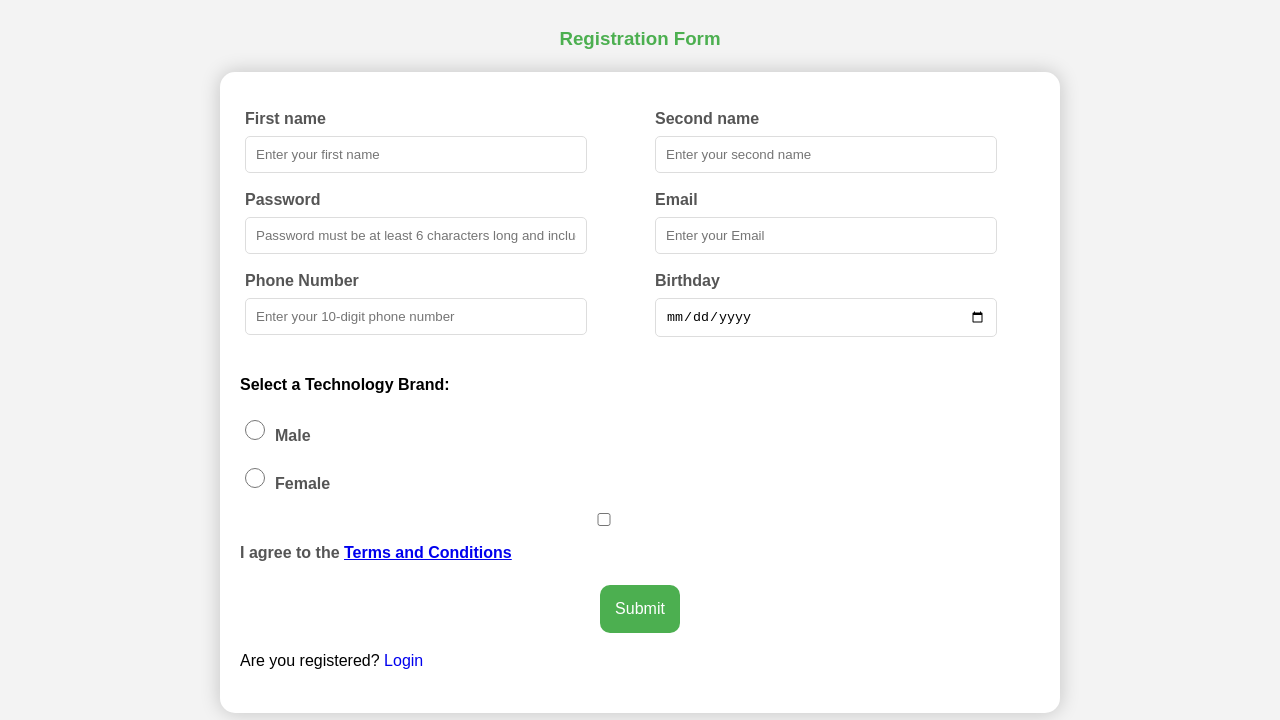
Repository: alizey12/Regestratin-Form-js
Page: regester.html
An editor plug-in stored every save of this project. The page is shown before and after a run of saves, followed by the edit.
The browser window is 1280 px wide. The pictures show the whole page.

Above is the page before, as saved 2024-11-29 20:36:38.

### regester.html
<!DOCTYPE html>
<html lang="en">
<head>
    <meta charset="UTF-8">
    <meta name="viewport" content="width=device-width, initial-scale=1.0">
    <link rel="stylesheet" href="regester.css">
    <title>Registration Form</title>
</head>
<body>
    <h3>Registration Form</h3>
    <div class="main">
        <form id="signupForm" action="">
            <div class="grid-container">
                <div>
                    <label for="username">First name</label>
                    <input type="text" id="username" name="username"
                           placeholder="Enter your first name"
                           required pattern="^[a-zA-Z0-9_]{3,15}$"
                           title="Username must be 3-15 characters long and can only contain letters, numbers, and underscores.">

                    <label for="password">Password</label>
                    <input type="password" id="password" name="password"
                           placeholder="Password must be at least 6 characters long and include one letter and one number."
                           required pattern="^(?=.*[A-Za-z])(?=.*\d)[A-Za-z\d]{6,}$"
                           title="Password must be at least 6 characters long and include one letter and one number.">

                    <label for="quantity">Phone Number</label>
                    <input type="text" id="quantity" name="quantity"
                           placeholder="Enter your 10-digit phone number"
                           required pattern="^\d{10}$"
                           title="Enter a valid 10-digit phone number.">
                </div>
                <div>
                    <label for="username">Second name</label>
                    <input type="text" id="username" name="username"
                           placeholder="Enter your second name"
                           required pattern="^[a-zA-Z0-9_]{3,15}$"
                           title="Username must be 3-15 characters long and can only contain letters, numbers, and underscores.">

                    <label for="email">Email</label>
                    <input type="email" id="email" name="email"
                           placeholder="Enter your Email"
                           required pattern="^[a-zA-Z0-9._%+-]+@[a-zA-Z0-9.-]+\.[a-zA-Z]{2,}$">

                    <label for="birthday">Birthday</label>
                    <input type="date" id="birthday" name="birthday" required>
                </div>
            </div>

            <p><b>Select a Technology Brand:</b></p>
            <div class="gen-rad">
                <label>
                    <input type="radio" id="Netflix" name="brand" value="Netflix">
                    Male
                </label>
                <label>
                    <input type="radio" id="Audi" name="brand" value="Audi">
                    Female
                </label>

            </div>

            <!-- <h3 class="heading">Your favourite language</h3>
            <label class="container">
                HTML
                <input type="checkbox" name="language" value="HTML">
            </label>
            <label class="container">
                CSS
                <input type="checkbox" name="language" value="CSS">
            </label>
            <label class="container">
                JavaScript
                <input type="checkbox" name="language" value="JavaScript">
            </label>
            <label class="container">
                React
                <input type="checkbox" name="language" value="React">
            </label> -->

            <div class="agree-term">
                <input type="checkbox" id="agree" name="agree" required />
                <label for="agree"
                  >I agree to the <a href="#">Terms and Conditions</a></label
                >
              </div>
            <div class="wrap">
                <button type="submit">Submit</button>
            </div>
        </form>
        <p>Are you registered?
            <a href="signin.html" style="text-decoration: none;">Login</a>
        </p>
    </div>
    <script src="Regester.js"></script>
</body>
</html>

### regester.css
body {
    display: flex;
    align-items: center;
    justify-content: center;
    font-family: sans-serif;
    line-height: 1.5;
    min-height: 100vh;
    background: #f3f3f3;
    flex-direction: column;
    margin: 0;
}

.main {
    background-color: #fff;
    border-radius: 15px;
    box-shadow: 0 0 20px rgba(0, 0, 0, 0.2);
    padding: 20px;
    transition: transform 0.2s;
    width: 800px;
}

h3 {
    color: #4CAF50;
    text-align: center;
}

label {
    display: block;
    margin-top: 10px;
    margin-bottom: 5px;
    text-align: left;
    color: #555;
    font-weight: bold;
}

input {
    display: block;
    width: 90%;
    margin-bottom: 15px;
    padding: 10px;
    box-sizing: border-box;
    border: 1px solid #ddd;
    border-radius: 5px;
}

button {
    padding: 15px;
    border-radius: 10px;
    margin-top: 15px;
    border: none;
    color: white;
    cursor: pointer;
    background-color: #4CAF50;
    font-size: 16px;
}

.wrap {
    display: flex;
    justify-content: center;
    align-items: center;
}

/* Grid container for organizing the form layout */
.grid-container {
    display: grid;
    grid-template-columns: 1fr 1fr;
    gap: 20px;
}

.grid-container div {
    padding: 5px;
}

/* Styling for the checkboxes and labels */
.container {
    display: flex;
    align-items: center; /* Center checkbox and label vertically */
    margin-bottom: 10px;
    font-size: 16px;
    cursor: pointer;
}

/* Styling for checkboxes */
.container input[type="checkbox"] {
    margin-right: 10px; /* Space between checkbox and label text */
    width: 20px;
    height: 20px;
    accent-color: #4CAF50; /* Green check color */
}

/* Styling for the radio button container */
.gen-rad {
    margin-top: 20px;
}

/* Align radio buttons and labels neatly */
.gen-rad label {
    display: flex;
    align-items: center;
    margin-bottom: 10px;
    font-size: 16px;
}

.gen-rad input[type="radio"] {
    margin-right: 10px; /* Space between radio button and label */
    width: 20px;
    height: 20px;
}

/* Styling for radio buttons */
.gen-rad p {
    font-weight: bold;
    color: #555;
}

.container label, .gen-rad label {
    font-size: 16px;
    color: #555;
}

/* Adding spacing between elements */
p {
    margin-bottom: 20px;
}

/* Hover and checked states for checkboxes */
.container:hover {
    background-color: #f0f0f0;
    padding: 5px;
    border-radius: 5px;
}

.container input[type="checkbox"]:checked {
    background-color: #4CAF50; /* Green when checked */
}

.checkmark {
    position: absolute;
    top: 0;
    left: 0;
    height: 25px;
    width: 25px;
    background-color: #eee;
}

.container:hover input ~ .checkmark {
    background-color: #ccc;
}

.container input:checked ~ .checkmark {
    background-color: #279e63;
}

.checkmark:after {
    content: "";
    position: absolute;
    display: none;
}

.container input:checked ~ .checkmark:after {
    display: block;
}

.container .checkmark:after {
    left: 9px;
    top: 5px;
    width: 5px;
    height: 10px;
    border: solid white;
    border-width: 0 3px 3px 0;
    transform: rotate(45deg);
}

### Regester.js
document.getElementById('signupForm').addEventListener('submit', function (event) {
    event.preventDefault(); // Prevent form submission

    // Get field values
    const username = document.getElementById('username').value;
    const email = document.getElementById('email').value;
    const password = document.getElementById('password').value;
    const quantity = document.getElementById('quantity').value;
    const birthday = document.getElementById('birthday').value;
    const gender = document.querySelector('input[name="gender"]:checked');
    const languages = Array.from(document.querySelectorAll('input[name="language"]:checked'))
                            .map(lang => lang.value);

    // Validate gender
    if (!gender) {
        alert('Please select your gender.');
        return;
    }

    // Validate at least one language is selected
    if (languages.length === 0) {
        alert('Please select at least one favourite language.');
        return;
    }

    // Log values in the console
    console.log('Username:', username);
    console.log('Email:', email);
    console.log('Password:', password);
    console.log('Phone Number:', quantity);
    console.log('Birthday:', birthday);
    console.log('Gender:', gender.value);
    console.log('Languages:', languages);

    // Show success message
    alert('Signup successful!');
});

After the next 2 saves:
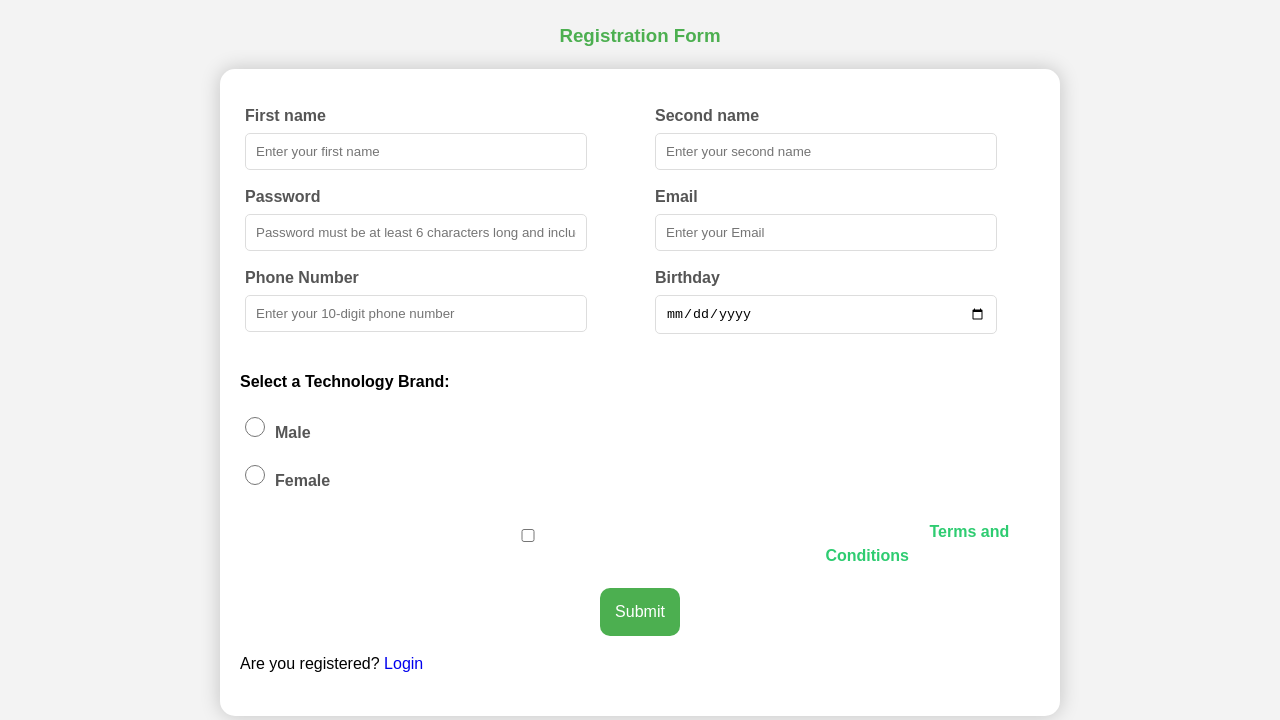
The 2 saves are shown as one change because they came seconds apart.
The last was saved 45 s later.
--- a/regester.css
+++ b/regester.css
@@ -170,3 +170,31 @@ p {
     border-width: 0 3px 3px 0;
     transform: rotate(45deg);
 }
+
+.agree-term {
+    display: flex;
+    align-items: center;
+    gap: 10px;
+    margin-top: 10px;
+}
+
+
+.box input[type="checkbox"] {
+    margin: 0;
+    padding: 0;
+    width: auto;
+}
+
+.agree-term label {
+    font-size: 16px;
+    color: #fff;
+}
+
+.agree-term a {
+    color: #2ecc71;
+    text-decoration: none;
+}
+
+.agree-term a:hover {
+    text-decoration: underline;
+}
